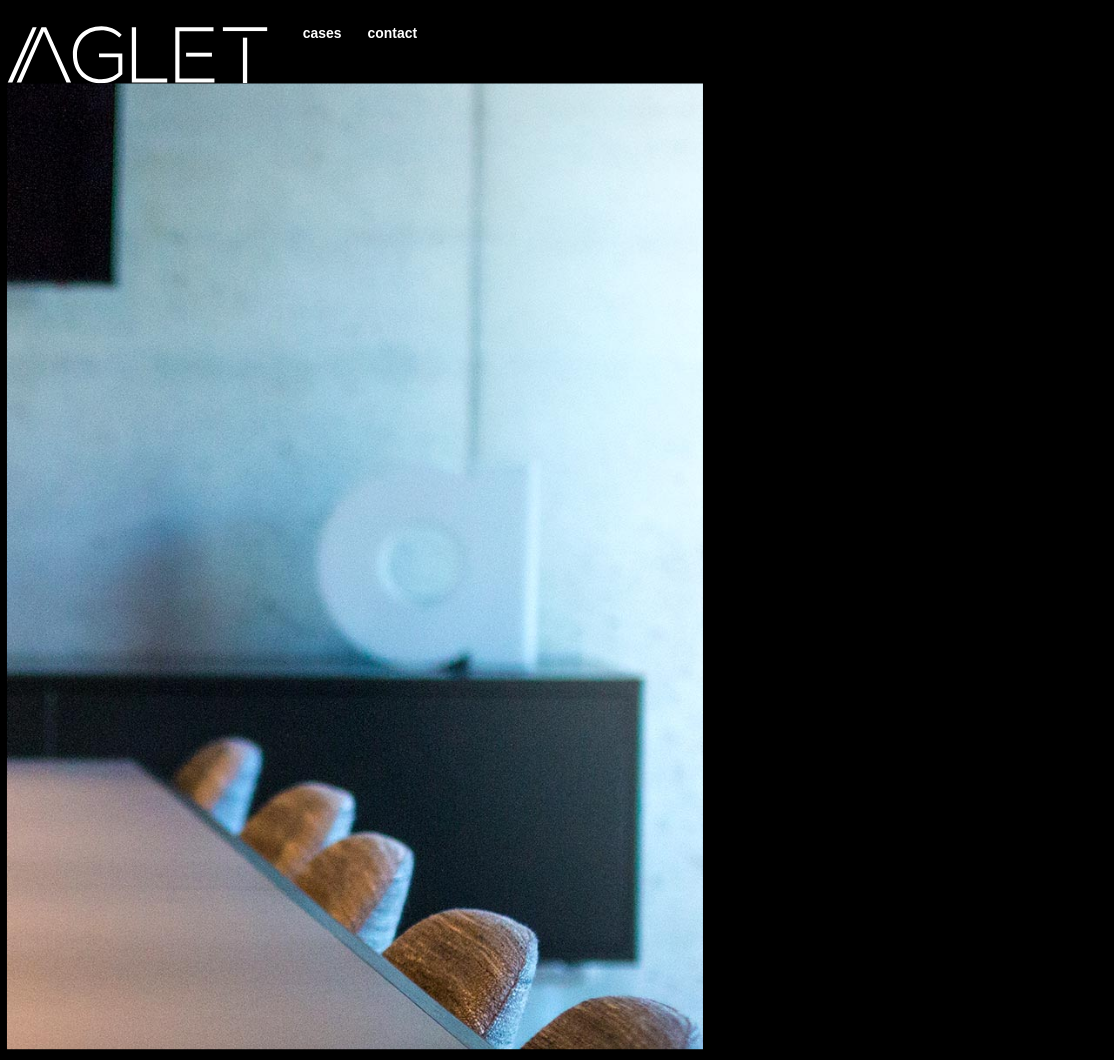
Repository: SamoraMabuya/Aglet
Page: contact.html
The author's editor kept a copy of each file at every save. The page is drawn from the files as they stood at one save, then again after a run of saves.
The browser window is 1280 px wide. The pictures show the whole page, at 87% of full size.
The style sheet was rebuilt from its Sass, Less or Tailwind sources for each picture, by a compiler version that may differ from the author's.

Above is the page before, as saved 2020-11-16 15:31:09.

After the next 2 saves:
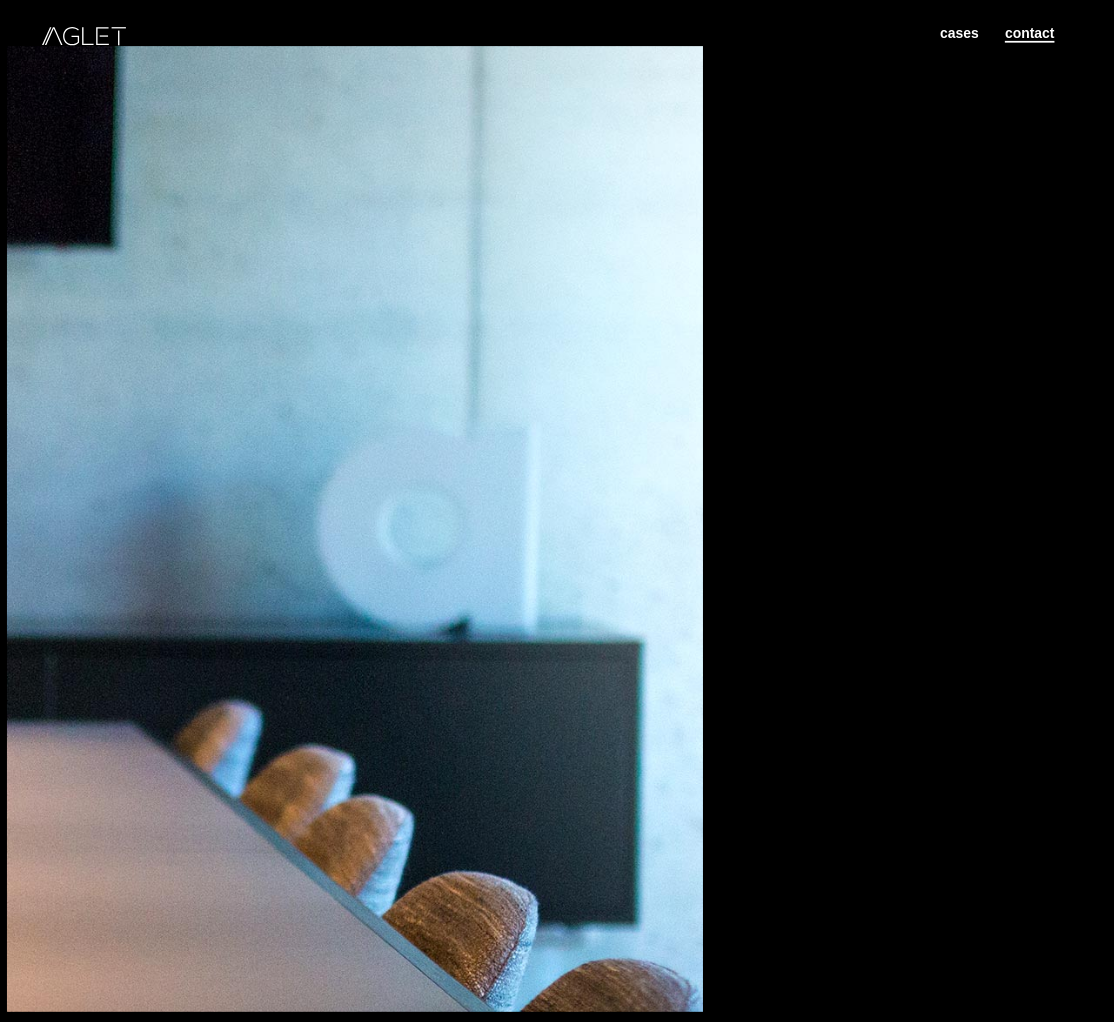
The 2 saves are shown as one change because 1 did not build or start.
The last was saved 65 s later.
--- a/style/contactstyle.scss
+++ b/style/contactstyle.scss
@@ -24,3 +24,36 @@ body {
         }
     }
 }
+
+.active {
+    border-bottom: 2px solid #ffff;
+}
+
+.nav-link:not(.active):after {
+    content: '';
+    border-bottom: 2px solid #ffff;
+    bottom: 0;
+    left: 0;
+    right: 100%;
+    transition: all 500ms;
+    position: absolute;
+}
+
+.nav-link:hover:after {
+    right: 0;
+}
+
+.collapse {
+    width: 100%;
+    float: inline-end;
+    display: flex;
+    justify-content: flex-end;
+    text-align: right;
+    margin: 0px 30px 0px 0px;
+}
+
+.logo {
+    width: 97.3px;
+    height: 23px;
+    margin: 0px 0px 0px 40px;
+}
